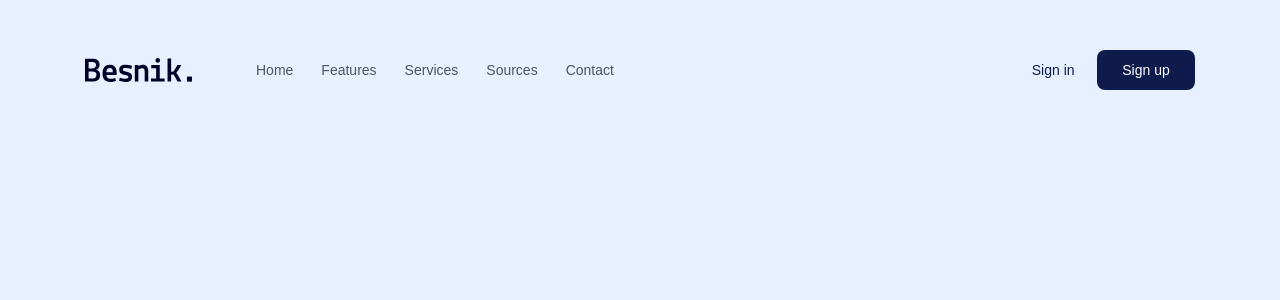
Repository: Daidoichihuy/project-01
Page: index.html
These files come from the project's save history. The page is drawn as it stood at one moment and after the next save; the edit follows.
The browser window is 1280 px wide. The pictures show the whole page.

Above is the page before, as saved 2024-04-28 11:10:26.

### index.html
<!DOCTYPE html>
<html lang="en">
  <head>
    <meta charset="UTF-8" />
    <meta name="viewport" content="width=device-width, initial-scale=1.0" />
    <title>Project_01</title>
    <link rel="stylesheet" href="./assets/css/reset.css" />
    <link rel="stylesheet" href="./assets/fonts/stylefont.css" />
    <link rel="stylesheet" href="./assets/css/style.css" />
  </head>
  <body>
    <main>
      <header class="header">
        <div class="content">
          <nav class="navbar">
            <!-- LOGO -->
            <img src="./assets/imgs/Logo.svg" alt="Besnik." />
            <!-- NAVIGATION -->
            <ul>
              <li><a href="#!">Home</a></li>
              <li><a href="#!">Features</a></li>
              <li><a href="#!">Services</a></li>
              <li><a href="#!">Sources</a></li>
              <li><a href="#!">Contact</a></li>
            </ul>
            <!-- ACTIVE -->
            <div class="action">
              <a href="#!" class="action-link">Sign in</a>
              <a href="#!" class="btn action-btn">Sign up</a>
            </div>
          </nav>
        </div>
      </header>
    </main>
  </body>
</html>

### assets/fonts/stylefont.css
@font-face {
  font-family: "DVN-Poppins";
  src: url("poppins/DVNPoppins-Regular.woff2") format("woff2"),
    url("poppins/DVNPoppins-Regular.woff") format("woff");
  font-weight: normal;
  font-style: normal;
  font-display: swap;
}

@font-face {
  font-family: "DVN-Poppins ExtBd";
  src: url("poppins/DVNPoppins-ExtraBold.woff2") format("woff2"),
    url("poppins/DVNPoppins-ExtraBold.woff") format("woff");
  font-weight: bold;
  font-style: normal;
  font-display: swap;
}

### assets/css/style.css
* {
  box-sizing: border-box;
}

:root {
  --primary-color: #0f1b4c;
}

html {
  font-size: 62.5%;
}

body {
  font-size: 1.6rem;
  font-family: "poppins", sans-serif;
}

/* COMMON */
.content {
  width: 1110px;
  max-width: calc(100% - 48px);
  margin-left: auto;
  margin-right: auto;
}

a {
  text-decoration: none;
}

.btn {
  display: inline-block;
  min-width: 98px;
  padding: 18px 16px;
  border-radius: 8px;
  background: var(--primary-color);
  color: #fff;
  text-align: center;
  font-size: 1.4rem;
  font-weight: 500;
}

/* HEADER*/
.header {
  background: #e6f0ff;
  height: 100vh;
}

.navbar {
  display: flex;
  align-items: center;
  padding-top: 50px;
}

.navbar ul {
  display: flex;
  margin-left: 50px;
}

.navbar ul li a {
  font-weight: 500;
  font-size: 1.4rem;
  color: #4f5361;
  padding: 8px 14px;
}
.navbar .action {
  margin-left: auto;
}

.navbar .action-link {
  font-size: 1.4rem;
  font-weight: 500;
  color: var(--primary-color);
}

.navbar .action-btn {
  padding: 13px 16px;
  margin-left: 18px;
}

Loaded but not shown: assets/css/reset.css (common file)

After the next save:
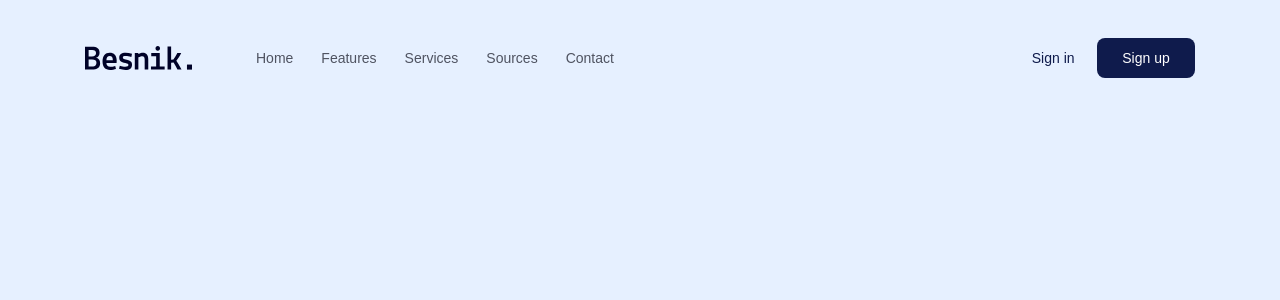
Saved 2 min 33 s later.
--- a/assets/css/style.css
+++ b/assets/css/style.css
@@ -48,7 +48,7 @@
 .navbar {
   display: flex;
   align-items: center;
-  padding-top: 50px;
+  padding-top: 38px;
 }
 
 .navbar ul {
